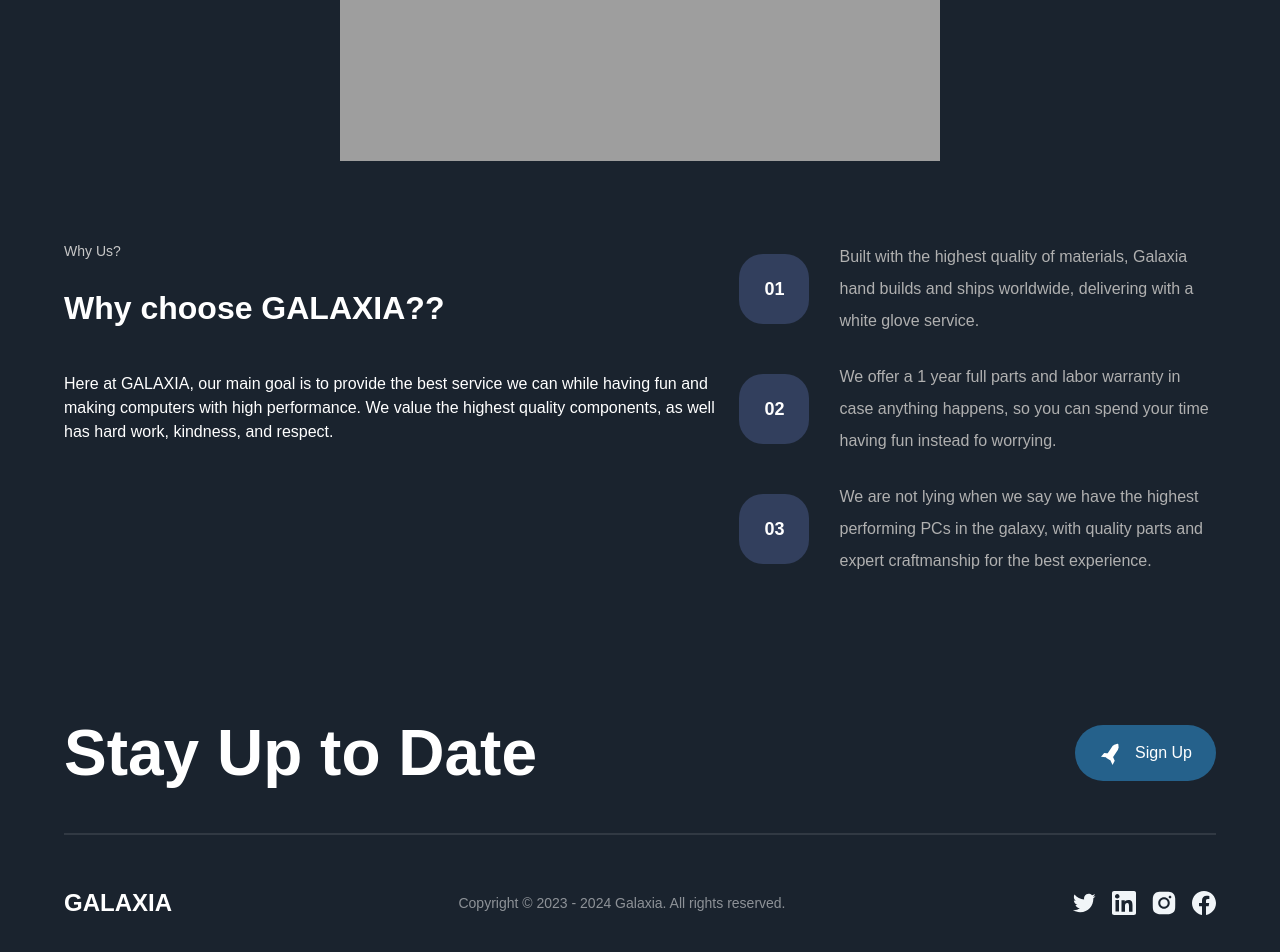
Repository: kaitlynlie/galaxia_pcs
Page: /
An editor plug-in stored every save of this project. The page is shown before and after a run of saves, followed by the edit.
The browser window is 1280 px wide. The pictures show the part of the page from y = 2593 to 3545 px (the page is 3578 px tall before and 3679 px after).
Pictures or frames that could not be fetched are drawn as grey boxes. Some web fonts or font styles are not loaded; a fallback is used. The project was rebuilt for these pictures with package versions that can differ from the ones it lists, and the page was loaded fresh each time. Also part of the build but not shown: vite.config.js, components/PCcard.jsx, sections/Neptune.jsx, sections/Jupiter.jsx, sections/People.jsx, src/assets/index.js, sections/Video.jsx, sections/Program.jsx and 4 more. Imported but missing from the stored project, and not drawn on this page: src/assets/video.mp4.

Above is the page before, as saved 2023-08-09 19:16:31.

### index.html
<!DOCTYPE html>
<html lang="en">
  <head>
    <style>
      /* WebKit-based browsers (Chrome, Safari) */
      ::-webkit-scrollbar {
        width: 12px;
      }

      ::-webkit-scrollbar-track {
        background-color: #606060; /* Adjust the background color */
      }

      ::-webkit-scrollbar-thumb {
        background-color: #25618b; /* Adjust the thumb color */
        border-radius: 6px;
      }
    </style>
    <meta charset="UTF-8" />
    <link rel="icon" type="image/svg+xml" href="/logo.svg" />
    <link rel="preconnect" href="https://stijndv.com" />
    <link rel="stylesheet" href="https://stijndv.com/fonts/Eudoxus-Sans.css" />
    <meta name="viewport" content="width=device-width, initial-scale=1.0" />
    <title>GALAXIA</title>
  </head>
  <body>
    <div id="root"></div>
    <script type="module" src="/src/main.jsx"></script>
  </body>
</html>

### src/main.jsx
import React from 'react'
import App from './App.jsx'
import ReactDOM from 'react-dom';
import { BrowserRouter } from 'react-router-dom';


ReactDOM.render(
  <BrowserRouter>
    <App />
  </BrowserRouter>,
  document.getElementById('root'),
);

### src/App.jsx
import Navbar from '../components/Navbar'
import Home from '../pages/Home'
import Community from '../pages/Community'
import Creator from '../pages/Creator'
import PCs from '../pages/PCs'
import { Route, Routes } from 'react-router-dom'
import React from 'react'
import '../styles/globals.css'

function App() {

  return (
    <>
    <div className='bg-primary-black overflow-hidden'>
      <img
            src='./stars.png'
            alt='stars'
            className="z-0 absolute w-screen h-screen object-cover object-center opacity-50"
      />
      <Navbar />
      <Routes>
        <Route index path="/" element={<Home />} />
        <Route path="pc" element={<PCs />} />
        <Route path="community" element={<Community />} />
        <Route path="creator" element={<Creator />} />
      </Routes>
     </div>
    </>
  )
}

export default App

### components/Navbar.jsx
import { motion } from "framer-motion";
import styles from '../styles'
import { navVariants, textVariant } from '../utils/motion'
import { useState } from "react";
import { RiMenu3Line, RiCloseLine } from 'react-icons/ri';
import { Link } from 'react-router-dom'
import React from 'react'

const Navbar = () => {
  const [toggleMenu, setToggleMenu] = useState(false);

  const [nav, setNav] = useState(false);

  const openNav = () => {
    setNav(!nav);
  };

  return(
   <motion.nav
    variants={navVariants}
    initial="show"
    whileInView="show"
    viewport={{ once: false, amount: 0.25 }}
    className={`${styles.xPaddings} py-8 relative`}
  >
    <div className={`${styles.innerWidth} mx-auto flex justify-between gap-8 inline-block`}>
      <div className="flex flex-row gap-4 z-10">
        <img
          src='./logo.svg'
          alt='logo'
          />
          <Link onClick={openNav} to="/"><motion.h1 variants={textVariant(1.1)} className="flex text-white font-bold text-[24px] z-10">
            <a>GALAXIA</a>
          </motion.h1></Link>
      </div>

      <ul className='flex justify-center items-center text-white max-[880px]:hidden block z-10'>
        <Link onClick={openNav} to='/pc'><li className="mr-12"><a>Gaming PCs</a></li></Link>
        <Link onClick={openNav} to='/community'><li className="mr-12"><a>Community</a></li></Link>
        <Link onClick={openNav} to='/creator'><li><a>Creator Program</a></li></Link>
      </ul>

      <div className="relative ml-1 pointer max-[880px]:block hidden z-10">
        {toggleMenu
          ? <RiCloseLine color="#fff" size={27} onClick={() => setToggleMenu(false)} />
          : <RiMenu3Line color="#fff" size={27} onClick={() => setToggleMenu(true)} />}
        {toggleMenu && (
        <div className="flex justify-end items-end flex-col text-end bg-[#026884ce] p-3 absolute top-[40px] right-[10px] mt-1 rounded-[5px] shadow z-10">
          <div className="none">
            <ul className='flex justify-end items-end flex-col text-white text-end p-1'>
              <Link onClick={openNav} to='/pc'><li><a>Gaming PCs</a></li></Link>
              <Link onClick={openNav} to='/community'><li className="mt-2 pointer"><a>Community</a></li></Link>
              <Link onClick={openNav} to='/creator'><li className="mt-2 pointer"><a>Creator Program</a></li></Link>
            </ul>
          </div>
        </div>
        )}
        </div>

        <div className="flex flex-row gap-4 items-center max-[880px]:hidden block">
        <img
          src='./user.svg'
          alt='user'
        />
        <img
          src='./cart.svg'
          alt='cart'
        />
      </div>
      </div>

  </motion.nav>
  );
};

export default Navbar;

### pages/Home.jsx
import { Footer, Navbar } from '../components';
import { Triton, Neptune, Jupiter, Hero, WhyUs, Member } from '../sections';
import React from 'react'
import PickPC from '../sections/PickPC';

const Home = () => (
  <div className='bg-primary-black overflow-hidden'>
        {/* <img
          src='./stars.png'
          alt='stars'
          className="z-0 absolute w-screen h-screen object-cover object-center opacity-50"
    /> */}
    <Hero />
    <div className='relative'>
      <Triton />
      {/* <div className='gradient-03 z-0' /> */}
      <PickPC />
      <Member />
      {/* <Neptune /> */}
    </div>
    <div className='relative'>
      {/* <Jupiter /> */}
    </div>
    <div className='relative'>
      <WhyUs />
      {/* <div className='gradient-04 z-0' /> */}
      <Footer />
    </div>
  </div>
);

export default Home;

### styles/globals.css
@import "tailwindcss/base";

@import "tailwindcss/components";

@import "tailwindcss/utilities";

* {
  margin: 0;
  padding: 0;
  box-sizing: border-box;
  font-family: "Eudoxus Sans", sans-serif;
  scroll-behavior: smooth;
}

.gradient-01 {
  background-image: linear-gradient(
    270deg,
    hsl(295deg 76% 51%) 0%,
    hsl(284deg 70% 73%) 26%,
    hsl(257deg 70% 86%) 39%,
    hsl(202deg 92% 90%) 50%,
    hsl(215deg 77% 81%) 61%,
    hsl(221deg 73% 70%) 74%,
    hsl(220deg 76% 51%) 100%
  );
  filter: blur(125px);
}

.hero-gradient {
  background: linear-gradient(
    97.86deg,
    #a509ff 0%,
    #34acc7 53.65%,
    #a134c7 100%
  );
}

.gradient-02 {
  position: absolute;
  width: 200px;
  height: 438px;
  top: 0px;
  right: 0px;

  background: #7aebfb;
  filter: blur(190px);
}

.glassmorphism {
  background: rgba(255, 255, 255, 0.25);
  box-shadow: 0 8px 32px 0 rgba(31, 38, 135, 0.37);
  backdrop-filter: blur(4px);
  -webkit-backdrop-filter: blur(4px);
  border: 1px solid rgba(255, 255, 255, 0.18);
}

.gradient-03 {
  position: absolute;
  width: 404px;
  height: 800px;
  left: 20%;
  top: 5%;

  background: rgba(149, 66, 232, 0.35);
  filter: blur(175px);
  transform: rotate(-114.2deg);
}

.gradient-04 {
  position: absolute;
  width: 304px;
  height: 100vh;
  left: 30%;
  top: 10%;

  background: rgba(45, 72, 152, 0.75);
  filter: blur(200px);
  transform: rotate(-53.13deg);
}

.gradient-05 {
  background: linear-gradient(
    180deg,
    rgba(255, 255, 255, 0.04) 0%,
    rgba(255, 255, 255, 0) 100%
  );
}

.feedback-gradient {
  position: absolute;
  width: 200px;
  height: 316px;
  left: 0px;
  top: 0px;

  background: #8d39a3;
  filter: blur(175px);
}

.footer-gradient {
  position: absolute;
  width: 500px;
  height: 100px;
  left: 37%;
  bottom: 0;

  background: #65c4fa;
  filter: blur(150px);
}

.object {
  animation: MoveUpDown 4s linear infinite;
  position: relative;
  left: 0;
  bottom: 0;
}

@keyframes MoveUpDown {
  0%, 100% {
    bottom: 0;
  }
  50% {
    bottom: 100px;
  }
}

### components/CustomTexts.jsx
'use client';

import { motion } from "framer-motion";
import { textContainer, textVariant2 } from '../utils/motion'

export const TypingText = ({ title, textStyles}) => (
  <motion.p
    variants={textContainer}
    className={`font-normal text-[14px] text-secondary-white ${textStyles}`}
  >
    {Array.from(title).map((letter, index) => (
      <motion.span variants={textVariant2} key={index}>
        {letter === ' ' ? '\u00A0' : letter}
      </motion.span>
    ))}
  </motion.p>
);

export const TitleText = ({ title, textStyles}) => (
  <motion.h2
    variants={textVariant2}
    initial='hidden'
    whileInView='show'
    className={`mt-[22px] font-bold text-[32px] text-white ${textStyles}`}>
      {title}
  </motion.h2>
);

### components/WhyFeatures.jsx
import styles from "../styles";

const WhyFeatures = ({ number, subtitle
}) => (
  <div className={`${styles.flexCenter} flex-row`}>
    <div className={`${styles.flexCenter} w-[70px] h-[70px] rounded-[24px] bg-[#323f5d]`}>
      <p className="font-bold text-[18px] text-white">0{number}</p>
    </div>
    <p className="flex-1 ml-[30px] font-normal text-[16px] text-[#B0B0B0] leading-[32px]">{subtitle}</p>
  </div>
);

export default WhyFeatures;

### components/Footer.jsx
'use client';
import { motion } from "framer-motion";
import { socials } from "../constants";
import styles from "../styles";
import { footerVariants } from "../utils/motion";

const Footer = () => (
  <motion.footer
    variants={footerVariants}
    initial='show'
    whileInView='show'
    viewport={{ once: true, amount: 0.25 }}
    className={`${styles.paddings} py-8 relative`}>
    {/* <div className="footer-gradient" /> */}
    <div className={`${styles.innerWidth} mx-auto flex flex-col gap-8`}>
      <div className="flex items-center sm:justify-between flex-wrap gap-5">
        <h4 className="font-bold md:text-[64px] text-[44px] text-white">Stay Up to Date</h4>
        <button type="button" className="flex items-center h-fit py-4 px-6 bg-[#25618b] rounded-[32px] gap-[12px]">
          <img src='/logo.svg' alt='logo' className="w-[24px] h-[24px] object-contains"/>
          <span className="font-normal text-[16px] text-white">Sign Up</span>
        </button>
      </div>

      <div className="flex flex-col">
        <div className="mb-[50px] h-[2px] bg-white opacity-10"/>
        <div className="flex items-center justify-between flex-wrap gap-4">
          <h4 className="font-extrabold text-[24px] text-white">GALAXIA</h4>
          <p className="font-normal text-[14px] text-white opacity-50">
          Copyright © 2023 - 2024 Galaxia. All rights reserved.
          </p>
          <div className="flex gap-4">
            {socials.map((social) => (
              <img
                key={social.name}
                src={social.url}
                alt={social.name}
                className="w-[24px] h-[24px] object-contain cursor-pointer" />
            ))}
          </div>
        </div>
      </div>
    </div>
  </motion.footer>
);

export default Footer;

### components/Button.jsx
'use client';

const Button = () => (
    <button
    type="button"
    className="flex w-[127px] font-bold h-[44px] mt-[22px] items-center justify-center gap-[12px] bg-[#25618B] text-white text-[16px] rounded-[32px] pointer tracking-[0.08px] shrink-0 shadow-md transition-transform duration-300 hover:scale-105 hover:shadow-lg"
  >ADD TO CART
</button>
  );

  export default Button;

### sections/Triton.jsx
'use client';

import { motion } from "framer-motion";
import { TypingText, Button } from '../components'
import styles from '../styles';
import { fadeIn, staggerContainer } from '../utils/motion';

const Triton = () => (
  <section className={`${styles.xPaddings} relative z-10 py-8`}>
      <motion.div
        variants={staggerContainer}
        initial='hidden'
        whileInView='show'
        viewport={{ once: true, amount: 0.25}}
        className={`${styles.innerWidth} mx-auto md:px-[100px] max-[1000px]:block hidden`}>
          <TypingText title='FEATURED' textStyles='text-center' />
          <motion.div
            variants={fadeIn('up', 'tween', 0.2, 1)}
            viewport={{ once: true, amount: 0.25}}
            className="mt-[8px] font-normal text-center text-secondary-white mt-9 ${styles.flexCenter} flex-col">
              <span className="font-extrabold text-white sm:text-[32px] text-[20px]">TRITON </span>
              <p className="text-[20px] text-white">Triton, dedicated to users who want to travel past gaming experiences, uses high level components on the cutting edge of computers. Bold, beautiful, and a new reality for all users.</p>
          </motion.div>

          <motion.div
            variants={fadeIn('up', 'tween', 0.3, 1)}
            className="flex flex-row max-[880px]:flex-col justify-between max-[880px]:items-center">


            <div className="flex flex-col justify-start items-start max-[880px]:items-center mt-[38px]">
              <div className="flex flex-row justify-center items-center">
               <img
                src="/core.svg"
                alt="core"
                className="w-[37px] h-[37px] mt-[23px] justify-center items-center" />
                <p className="text-[20px] mt-[23px] ml-[19px] text-white">Earth Core e2-1023</p>
              </div>
              <div className="flex flex-row justify-center items-center">
               <img
                src="/card.svg"
                alt="card"
                className="w-[37px] h-[37px] mt-[23px] justify-start items-center" />
                <p className="text-[20px] mt-[23px] ml-[19px] text-white">KForce MTX 2390 Ti 12GB</p>
              </div>
            </div>

            <div className="flex flex-col justify-start items-start max-[880px]:items-center mt-[38px]">
              <div className="flex flex-row justify-between items-center">
                <p className="text-[20px] mt-[23px] text-white leading-9">$1,599.99 USD</p>
                <p className="text-[15px] mt-[23px] text-white line-through leading-[27px] ml-1">$1,999.99 USD</p>
              </div>
              <div className="flex flex-row justify-center items-center max-[880px]:flex-col">
                <Button />
              </div>
            </div>

          </motion.div>
      </motion.div>
  </section>
);

export default Triton;

### sections/WhyUs.jsx
'use client';

import { motion } from "framer-motion";
import { TypingText, WhyFeatures, TitleText } from '../components'
import styles from '../styles';
import { staggerContainer, fadeIn, planetVariants } from '../utils/motion';
import { whyUs } from '../constants'

const GetStarted = () => (
  <section className={`${styles.paddings} relative z-10 flex justify-center items-center`}>
    <motion.div
      className={`${styles.innerWidth} mx-auto flex flex-col justify-center items-center`}>
        <img src='./whyus.png'
              alt='why us'
              className="h-[600px] w-[600px] mb-20"
        />

        <motion.div
          variants={fadeIn('left', 'tween', 0.2, 1)}
          className="flex justify-center gap-[20px] ">
            <div className="flex flex-col">
              <TypingText title="Why Us?" />
              <TitleText title={<>Why choose GALAXIA??</>} />
              <p className="text-white mt-10">Here at GALAXIA, our main goal is to provide the best service we can while having fun and making computers with high performance. We value the highest quality components, as well has hard work, kindness, and respect.</p>
            </div>

            <div className="flex flex-col gap-[24px]">
            {whyUs.map((feature) => (
            <WhyFeatures key={feature.subtitle} {...feature} />
              ))}
            </div>
          </motion.div>

    </motion.div>
  </section>
);

export default GetStarted;

### sections/Member.jsx
import React from 'react'
import { TypingText } from '../components'
import styles from '../styles'

const Member = () => {
  return (
    <section className={`${styles.xPaddings} relative z-10 py-20 flex flex-col justify-center items-center mt-10 bg-[url('banner.jpeg')]`}>
      <div className={`${styles.innerWidth} md:px-[100px] mb-0 items-center flex-col flex justify-center`}>
          <TypingText title='ONE OF US' textStyles='text-center' />
          <div className="font-normal text-center text-secondary-white mt-10 flex-col flex flex-center items-center justify-center">
              <span className="font-extrabold text-white sm:text-[32px] text-[20px]">Interested in joining the GALAXIA Creator Program?</span>
              <p className="text-[20px] text-white">We would love to work with creators to empower those who are stars in making or are already shining! We focus on making items that we find interesting and would love to work with creators that do the same.</p>
            <button
                type="button"
                className="flex w-[127px] h-[44px] mt-[22px] items-center justify-center gap-[12px] bg-[#25618B] text-white text-[16px] rounded-[32px] pointer tracking-[0.08px] shrink-0 shadow-md transition-transform duration-300 hover:scale-105 hover:shadow-lg"
                >APPLY NOW
            </button>
        </div>
        </div>
        </section>
  )
}

export default Member

Loaded but not shown: utils/motion.js (161 lines, source omitted); constants/index.js (90 lines, source omitted); styles/index.js (23 lines, source omitted); tailwind.config.js (24 lines, source omitted); sections/index.js (21 lines, source omitted); components/index.js (16 lines, source omitted); sections/PickPC.jsx (223 lines, source omitted); sections/Hero.jsx (75 lines, source omitted)

After the next 2 saves:
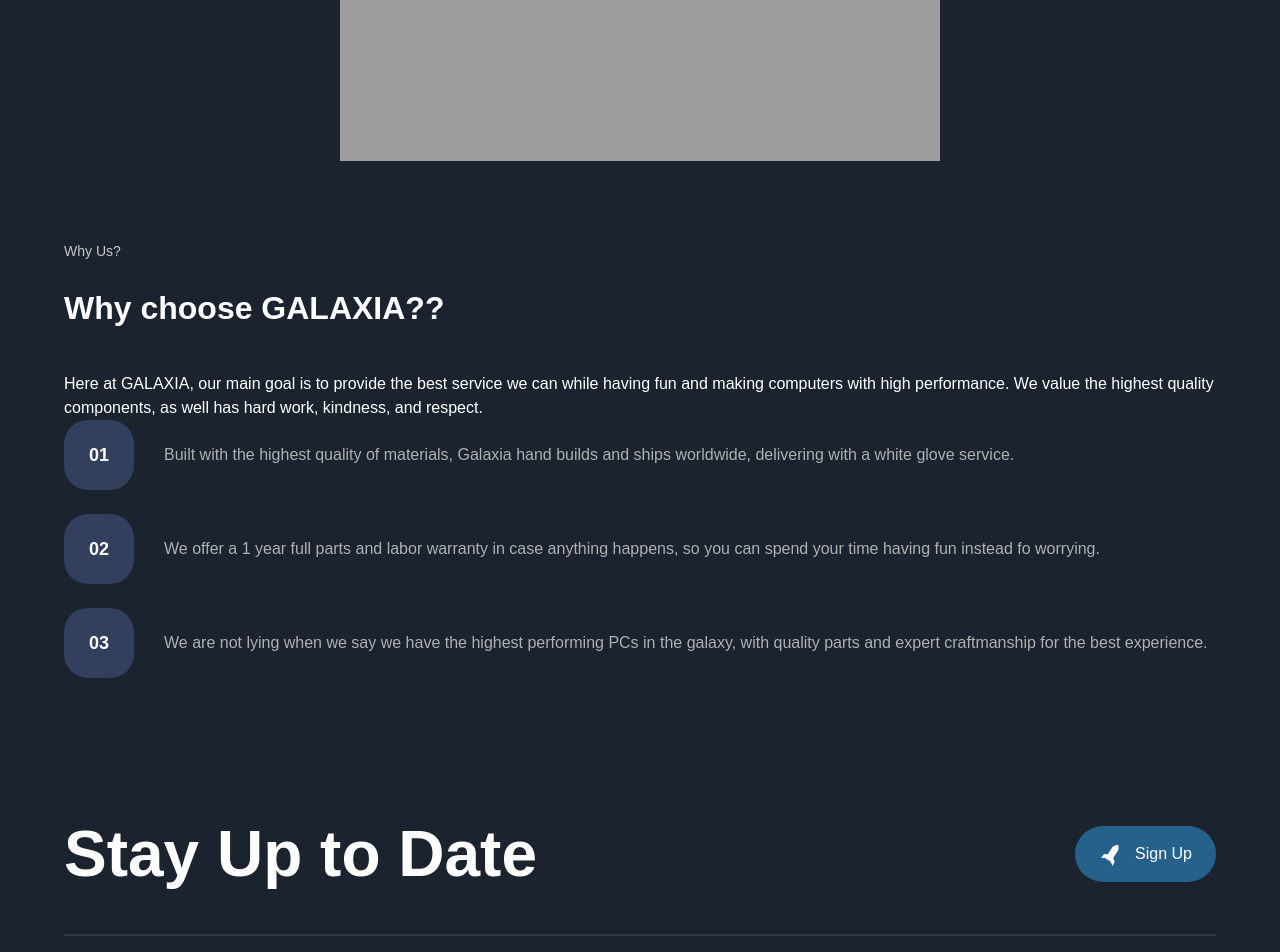
The 2 saves are shown as one change because they came seconds apart.
The last was saved 6 s later.
--- a/sections/WhyUs.jsx
+++ b/sections/WhyUs.jsx
@@ -17,7 +17,7 @@
 
         <motion.div
           variants={fadeIn('left', 'tween', 0.2, 1)}
-          className="flex justify-center gap-[20px] ">
+          className="gap-[20px] ">
             <div className="flex flex-col">
               <TypingText title="Why Us?" />
               <TitleText title={<>Why choose GALAXIA??</>} />

After the save that followed:
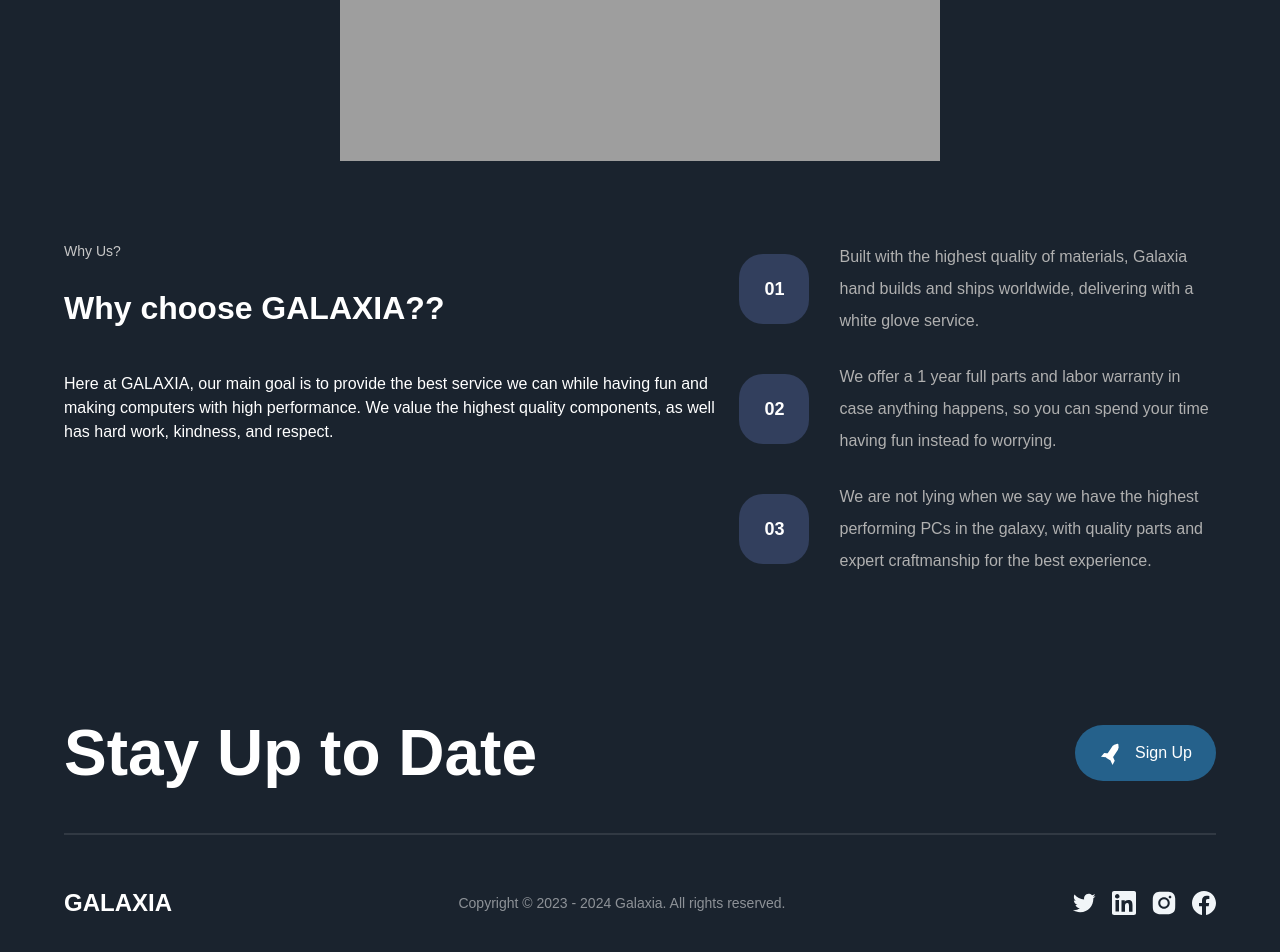
Saved 4 s later.
--- a/sections/WhyUs.jsx
+++ b/sections/WhyUs.jsx
@@ -17,7 +17,7 @@
 
         <motion.div
           variants={fadeIn('left', 'tween', 0.2, 1)}
-          className="gap-[20px] ">
+          className="flex gap-[20px] ">
             <div className="flex flex-col">
               <TypingText title="Why Us?" />
               <TitleText title={<>Why choose GALAXIA??</>} />
